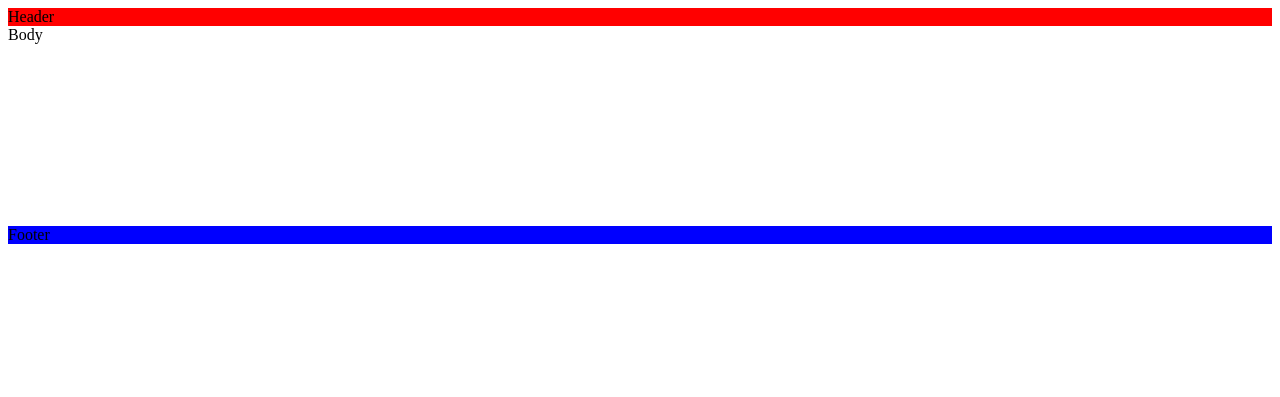
Repository: ayano-ogawa/samurai_HTML-CSS
Page: example.html
The author's editor kept a record of every edit. The page is drawn from the files as they stood at one moment, then again after the next edit.
The browser window is 1280 px wide. The pictures show the whole page.

Above is the page before.

After the next edit:
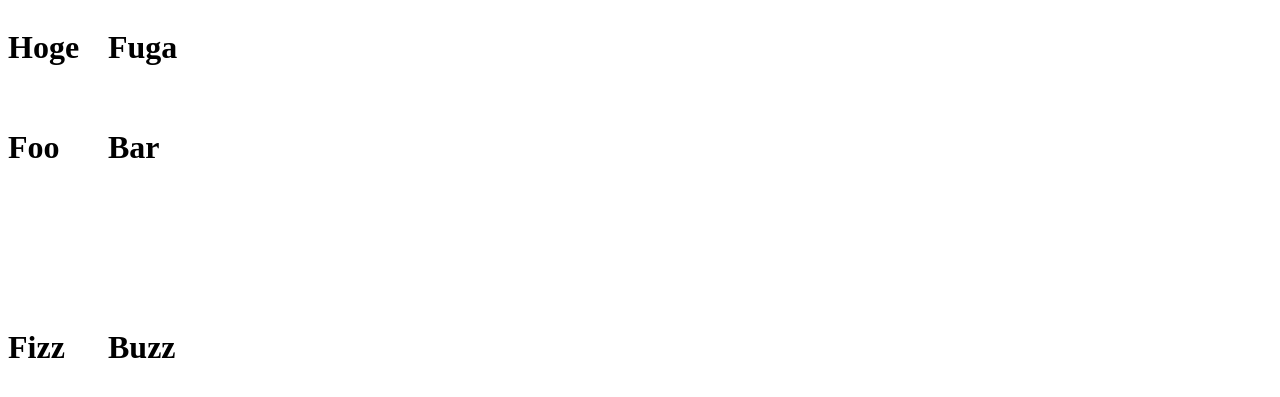
The edit:
--- a/example.html
+++ b/example.html
@@ -1,27 +1,21 @@
 <html lang="ja">
     <head>
         <style>
-            header {
-                background-color: red;
+            #grid {
+                display: grid;
+                grid-template-columns: 100px 100px;
+                grid-template-rows: 100px 200px 100px;
             }
-            footer {
-                background-color: blue;
-            }
-            .size {
-                height: 200px;
-            }
-
         </style>
     </head>
     <body>
-        <header>
-            Header
-        </header>
-        <div class="size">
-            Body
+        <div id="grid">
+            <h1>Hoge</h1>
+            <h1>Fuga</h1>
+            <h1>Foo</h1>
+            <h1>Bar</h1>
+            <h1>Fizz</h1>
+            <h1>Buzz</h1>
         </div>
-        <footer>
-            Footer
-        </footer>
     </body>
 </html>
